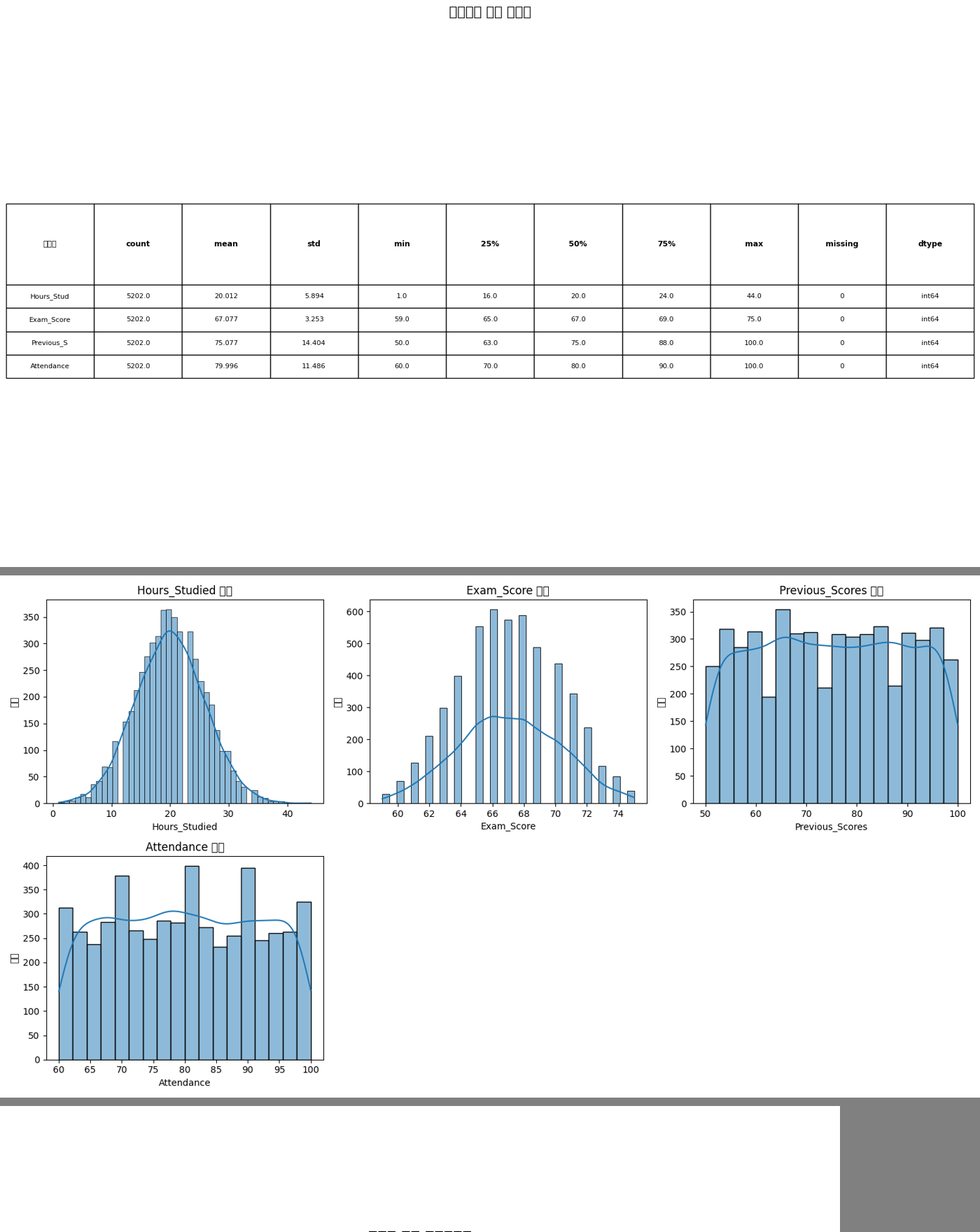
Repository: dldnwls07/BigDataStudy
Script's output: python src/visualization/create_presentation_visuals_fixed.py
These files come from the project's save history. The script's output is drawn as it stood at one moment and after the next save; the edit follows.
The pictures show rows 0 to 1760 of an output 5978 px tall, at 70% of full size.
Each picture stacks the figures in order, with grey between them; figures that are only written to a file come last. The script is stopped after its 8th figure. Figures wider than 1,400 px are first shrunk to that width. Random numbers start from a fixed seed.

Above is the script's output before, as saved 2025-06-19 21:36:11.

After the next save:
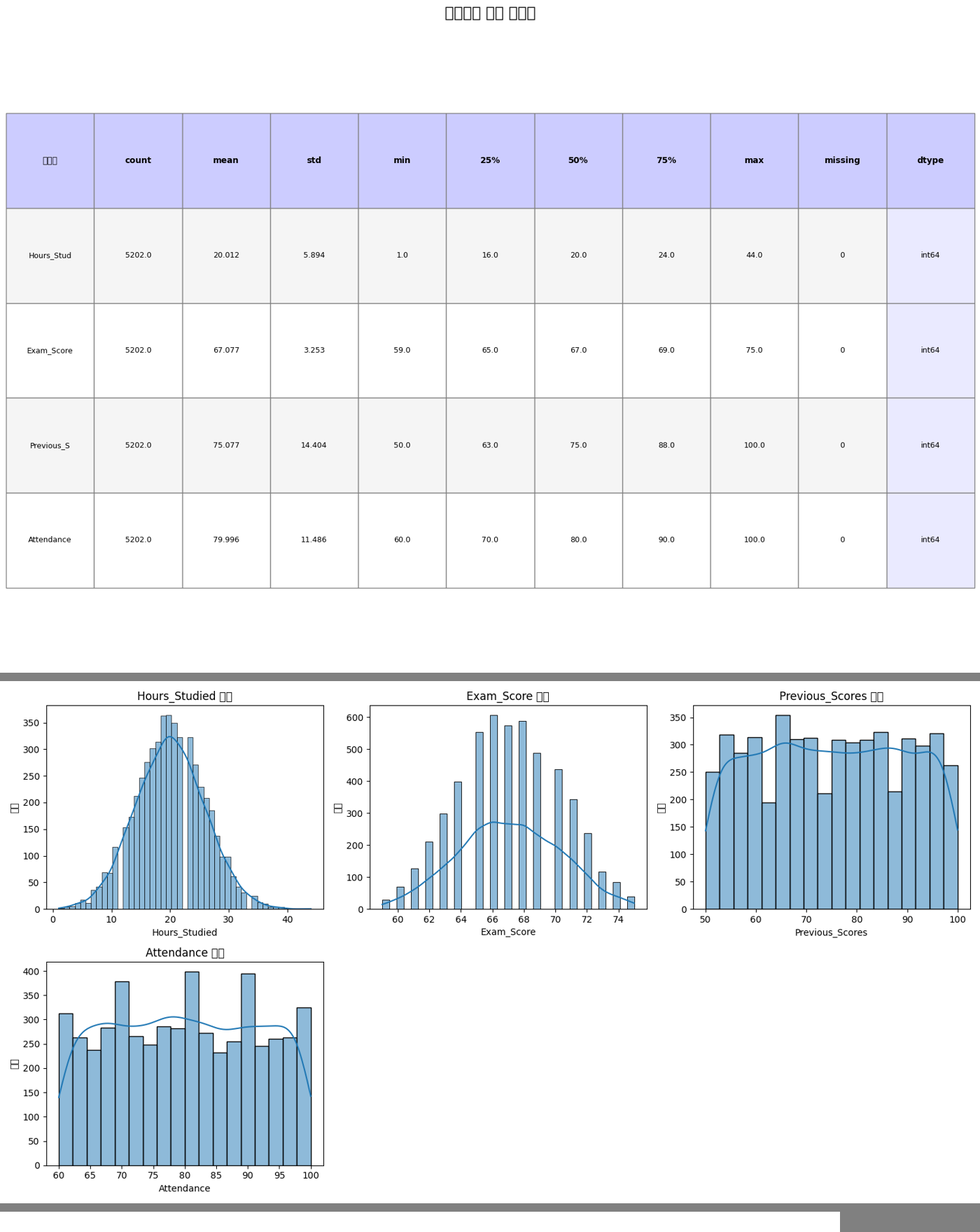
Saved 62 s later.
--- a/src/visualization/create_presentation_visuals_fixed.py
+++ b/src/visualization/create_presentation_visuals_fixed.py
@@ -41,8 +41,8 @@ def create_dataset_summary(data, output_path):
         # 컬럼 이름을 더 짧게 수정
         stats = stats.rename_axis("변수명")
 
-        # 그림 크기 설정 (더 넓게 조정)
-        plt.figure(figsize=(16, 10))
+        # 그림 크기 설정 (더 큰 크기로 조정)
+        plt.figure(figsize=(18, 12))
         ax = plt.subplot(111)
         ax.axis('off')
 
@@ -62,22 +62,42 @@ def create_dataset_summary(data, output_path):
 
         # 테이블 스타일 설정
         table.auto_set_font_size(False)
-        table.set_fontsize(8)  # 글자 크기 줄임
-        table.scale(1.2, 2.0)  # 가로와 세로 비율 늘림
-
-        # 컬럼 너비 조정
+        table.set_fontsize(9)  # 글자 크기 증가
+        table.scale(1.5, 2.5)  # 가로와 세로 비율 늘림
+
+        # 컬럼 너비와 높이 조정
         cell_dict = table.get_celld()
-        for i in range(0, len(table_cols)):
-            cell_dict[(0, i)].set_height(0.15)
-            cell_dict[(0, i)].set_fontsize(9)
-            cell_dict[(0, i)].set_text_props(weight='bold')
+
+        # 헤더 행 설정
+        for i in range(len(table_cols)):
+            header_cell = cell_dict[(0, i)]
+            header_cell.set_height(0.15)
+            header_cell.set_fontsize(10)
+            header_cell.set_text_props(weight='bold')
+            header_cell.set_facecolor('#CCCCFF')  # 헤더 배경색 설정
+
+        # 모든 셀에 테두리 추가
+        for key, cell in cell_dict.items():
+            cell.set_edgecolor('gray')
+
+            # 데이터 셀 처리
+            if key[0] > 0:  # 헤더가 아닌 데이터 행
+                cell.set_height(0.15)  # 셀 높이 증가
+
+                # 짝수/홀수 행 구분을 위한 배경색 설정
+                if key[0] % 2 == 1:
+                    cell.set_facecolor('#F5F5F5')  # 연한 회색
+
+                # 데이터 타입 컬럼에 특별 스타일 적용
+                if key[1] == table_cols.index('dtype'):
+                    cell.set_facecolor('#EAEAFF')  # 타입 컬럼 배경색
 
         # 데이터가 10개 이상이면 일부만 표시
         max_rows = 10
         if len(table_data) > max_rows:
-            plt.figtext(0.5, 0.01, f"* 전체 {len(table_data)}개 변수 중 상위 {max_rows}개만 표시됨", ha='center', fontsize=9)
-
-        plt.title('데이터셋 기본 통계량', fontsize=16)
+            plt.figtext(0.5, 0.01, f"* 전체 {len(table_data)}개 변수 중 상위 {max_rows}개만 표시됨", ha='center', fontsize=10)
+
+        plt.title('데이터셋 기본 통계량', fontsize=18, pad=20)
         plt.tight_layout(rect=[0, 0.03, 1, 0.97])  # 여백 조정
         plt.savefig(output_path, dpi=300, bbox_inches='tight')
         plt.close()
